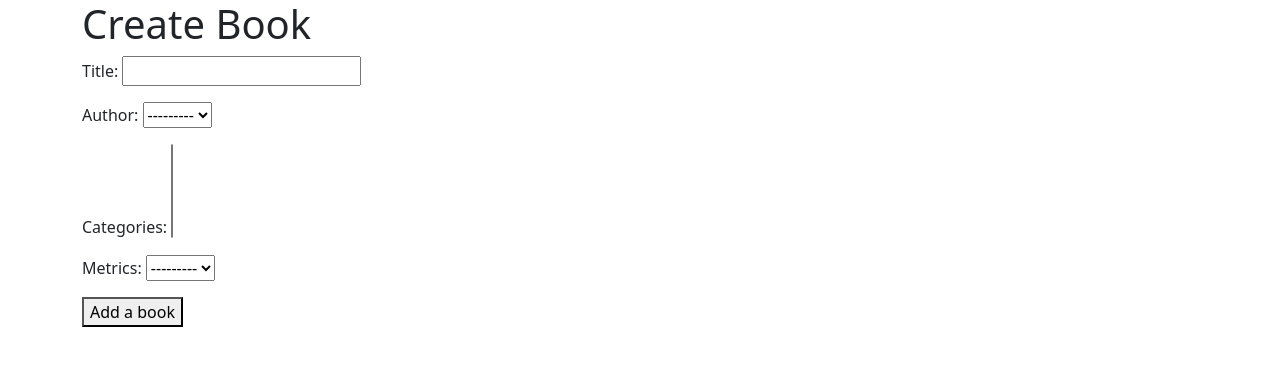
Repository: RaghdaMadiane/django
Page: http://localhost/books/create
These files come from the project's save history. The page is drawn as it stood at one moment and after the next save; the edit follows.
The browser window is 1280 px wide. The pictures show the whole page.
The page is served by the project's application, run on Django 3.2 (manage.py). Other server files are loaded and not shown. Queries for data that is not in the repository find no rows.

Above is the page before, as saved 2021-04-22 10:45:43.

### books/templates/books/create.html
{% extends "layout/main.html"%}
{%block body%}
<h1>Create Book</h1>
<form action="{% url 'create' %}" method="post">
{%csrf_token%}
{{ form.as_p }}
<button type ="submit"> Add a book </button>
</form>
{% endblock %}

### books/templates/layout/main.html
<html>
<head>
<!-- CSS only -->
<link href="https://cdn.jsdelivr.net/npm/bootstrap@5.0.0-beta3/dist/css/bootstrap.min.css" rel="stylesheet" integrity="sha384-eOJMYsd53ii+scO/bJGFsiCZc+5NDVN2yr8+0RDqr0Ql0h+rP48ckxlpbzKgwra6" crossorigin="anonymous">
</head>
<body class="container">
{%block body%}
{%endblock%}
</body>
</html>

### books/forms.py
from django import forms
from .models import Book
class BookForm(forms.ModelForm):
     class Meta:
        model = Book
        fields='__all__'

### books/models.py
from django.db import models
from django.contrib.auth.models import User

class Category(models.Model):
    class Meta:
        verbose_name_plural="categories"
    name = models.CharField(max_length=50)
    created_at = models.DateTimeField(auto_now_add=True)
    def __str__(self):
        return self.name

class Metric(models.Model):
    visits = models.IntegerField(null=True,blank=True)
    ratio = models.DecimalField(null=True,blank=True,max_digits=2,decimal_places=1)
    def __str__(self):
        return f"{self.visits} visits | ratio: {self.ratio}"


class Book(models.Model):
    title=models.CharField( max_length=250)
    author=models.CharField(max_length=100)
    author=models.ForeignKey(User,on_delete=models.CASCADE,related_name="books")
    categories=models.ManyToManyField(Category)
    metrics=models.OneToOneField(Metric,on_delete=models.CASCADE,null=True,blank=True)

    def __str__(self):
        return self.title

### books/views.py
from django.shortcuts import render,redirect
from django.http import HttpResponse
from .forms import BookForm
from .models import Book
# Create your views here.
def index(request):
    books =Book.objects.all()
    return render(request,"books/index.html",{
        "books":books
    })
def create(request):
    form=BookForm(request.POST or None)
    if form.is_valid():
        form.save()
        return redirect("index")
    return render(request,"books/create.html",{
        "form" : form
    })
def edit(request,id):
    book=Book.objects.get(id=id)
    form =BookForm(request.POST or None, instance=book)
    if form.is_valid():
        form.save()
        return redirect("index")

    return render(request,"books/edit.html",{
        "form" : form,
        "book" : book
    })
def delete(request, id):
    book=Book.objects.get(id=id)
    book.delete()
    return redirect("index")

### book/urls.py
"""book URL Configuration

The `urlpatterns` list routes URLs to views. For more information please see:
    https://docs.djangoproject.com/en/3.2/topics/http/urls/
Examples:
Function views
    1. Add an import:  from my_app import views
    2. Add a URL to urlpatterns:  path('', views.home, name='home')
Class-based views
    1. Add an import:  from other_app.views import Home
    2. Add a URL to urlpatterns:  path('', Home.as_view(), name='home')
Including another URLconf
    1. Import the include() function: from django.urls import include, path
    2. Add a URL to urlpatterns:  path('blog/', include('blog.urls'))
"""
from django.contrib import admin
from django.urls import path
from django.urls import include

urlpatterns = [
    path('admin/', admin.site.urls),
    path('books/',include("books.urls")),
]

### books/urls.py

from django.urls import path
from . import views

urlpatterns = [
   path("",views.index,name='index'),
   path("create",views.create, name='create'),
   path("edit/<int:id>",views.edit, name='edit'),
   path('delete/<int:id>', views.delete, name='delete'),
]

After the next save:
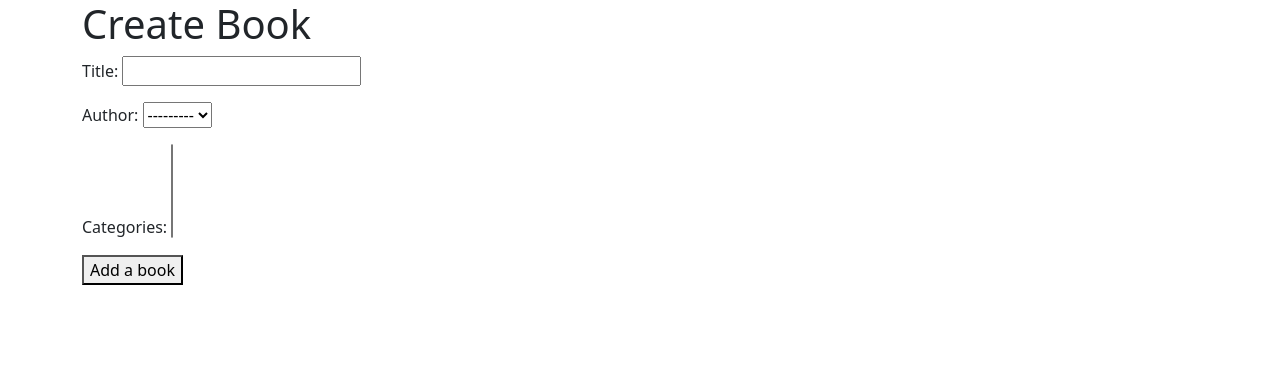
Saved 9 min 13 s later.
--- a/books/forms.py
+++ b/books/forms.py
@@ -4,3 +4,4 @@ class BookForm(forms.ModelForm):
      class Meta:
         model = Book
         fields='__all__'
+        exclude=("metrics",)
